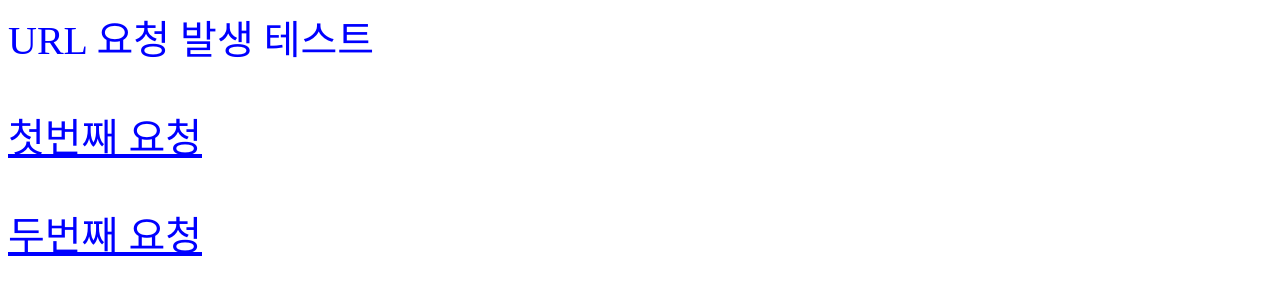
Repository: H-hyeonje/jsp
Page: http://localhost/jsp_example/home
These files come from the project's save history. The page is drawn as it stood at one moment and after the next save; the edit follows.
The browser window is 1280 px wide. The pictures show the whole page.
The page is served by Tomcat 10.

Above is the page before, as saved 2024-10-07 07:04:29.

After the next save:
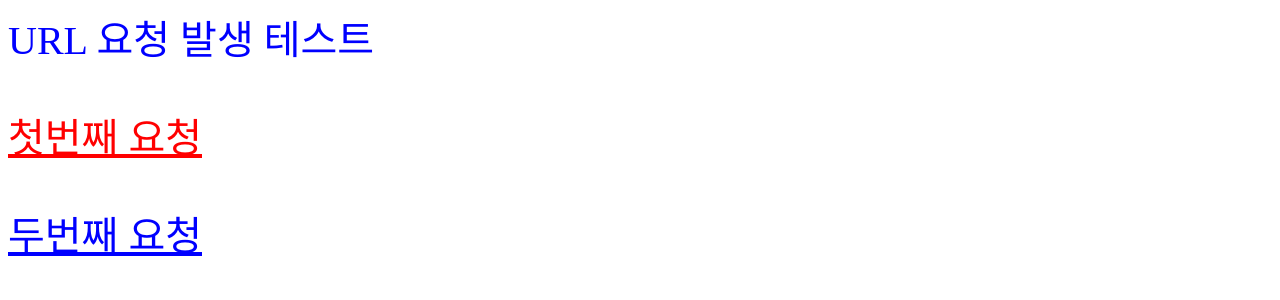
Saved 46 s later.
--- a/jsp_example/src/main/webapp/index.css
+++ b/jsp_example/src/main/webapp/index.css
@@ -3,6 +3,6 @@
 	color:blue;
 	font-size :40px;
 }
-body>first-Child:p>a{
+body>p:first-child>a{
 	color:red;
 }
